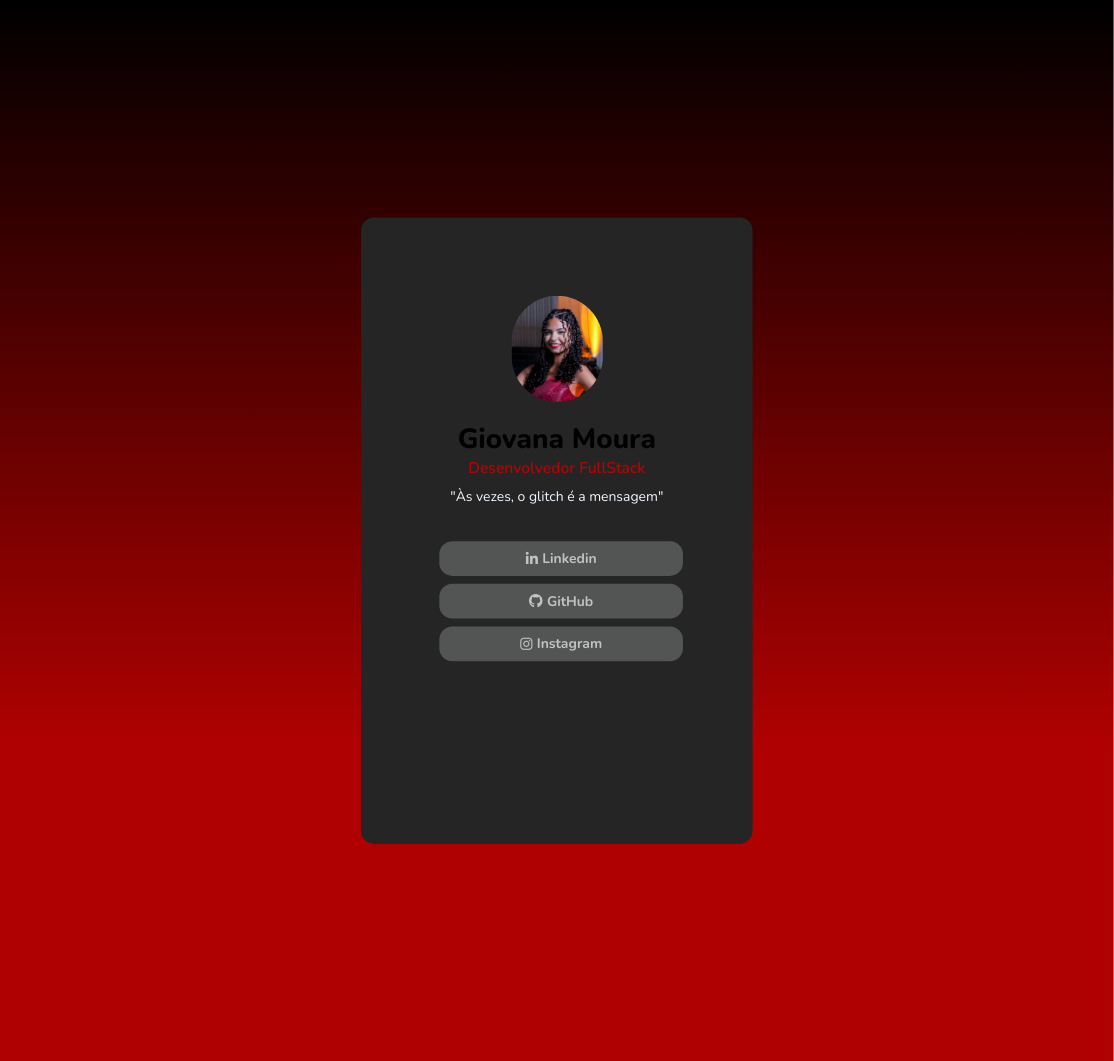
Repository: gimoli/linktree-giovana
Page: index.html
An editor plug-in stored every save of this project. The page is shown before and after a run of saves, followed by the edit.
The browser window is 1280 px wide. The pictures show the whole page, at 87% of full size.

Above is the page before, as saved 2025-04-14 19:57:41.

### index.html
<!DOCTYPE html>
<html lang="en">
<head>
    <meta charset="UTF-8">
    <meta name="viewport" content="width=device-width, initial-scale=1.0">
    <title>linktree Giovana</title>
    <link rel="stylesheet" href="./css/style.css">
    <link rel="preconnect" href="https://fonts.googleapis.com">
<link rel="preconnect" href="https://fonts.gstatic.com" crossorigin>
<link href="https://fonts.googleapis.com/css2?family=Nunito:ital,wght@0,200..1000;1,200..1000&display=swap" rel="stylesheet">
<link href="https://cdnjs.cloudflare.com/ajax/libs/font-awesome/6.5.0/css/all.min.css" rel="stylesheet">


</head>
<body>
    <div class="container-main">
        <div class="container-imagem">
            <img src="./image-profile.jfif" alt="foto perfil"/>
        </div>
        <div class="container-infos">
            <h1>Giovana Moura</h1>
            <h3>Desenvolvedor FullStack</h3>
        </div>
        <div class="container-easter-egg">
            <p>"Às vezes, o glitch é a mensagem"</p>
        </div>
        <div class="container-social">
            <ul>
                <a href="https://www.linkedin.com/in/giovana-moura-3543032bb/" target="_blank" class="botao-linktree-1">
                     <li>

                        <i class="fa-brands fa-linkedin-in"></i>

                         <p>Linkedin</p>
                    </li>
                </a>

                <a href="https://github.com/gimoli" target="_blank" class="botao-linktree-2">
                     <li>
                        <i class="fa-brands fa-github"></i>
                        <p>GitHub</p>
                    </li>
                </a>
                <a href="https://www.instagram.com/gimoli_n?igsh=cTNvNDJ0M3owb3Vs&utm_source=qr" target="_blank" class="botao-linktree-3">
                     <li>
                        <i class="fa-brands fa-instagram"></i>
                        <p>Instagram</p>
                    </li>
                </a>
            </ul>
        </div>
    </div>
</body>
</html>

### CSS/style.css
@import url("./effects.css");

*{
    font-family: "Nunito", sans-serif;
    margin: 0;
    padding: 0;
}

body {
    background-color: #833AB4;
    background: linear-gradient(0deg, rgb(175, 1, 1) 30%, rgb(0, 0, 0) 100%);
    animation: gradientShift 10s ease infinite;
    background-size: 400%;
}


.container-main {
    background-color: rgb(37, 37, 37);
    width: 450px;
    height: 720px;
    box-sizing: border-box;
    margin: 250px auto;
    padding: 90px;
    border-radius: 15px;
    text-align: center;
}

.container-imagem img{
    width: 105px;
    border-radius: 100px;
}

.container-infos {
    margin-top: 15px;
    margin-bottom: 10px;
}

.container-infos h1 {
    font-weight: 800;
}

.container-infos h3{
    color: #af0606;
    font-weight: 600;
    font-size: 18px;
}

.container-easter-egg {
    margin-bottom: 15px;
    color: aliceblue;
}

.container-social ul{
    list-style-type: none;
}

.container-social a{
    text-decoration: none;
    color: rgb(194, 194, 194);
}

.container-social{
  margin-top: 40px;
}

.container-social li {
  display: flex;
  justify-content: center;
  gap: 5px;
  align-items: center;
  width: 280px;
  height: 40px;
  background-color: rgb(83, 85, 85);
  margin: 9px 0;
  border-radius: 15px;
  font-weight: 700;
  transition-duration: 0.6s;

  &:hover{
    background-color: #c90c0c;
    transform: scale(1.1);
  }
}

### CSS/effects.css
@keyframes gradient {
    0% {background-position: 0% 50%;}
    50% {background-position: 100% 50%;}
    100% {background-position: 0% 50%;}
}

After the next 2 saves:
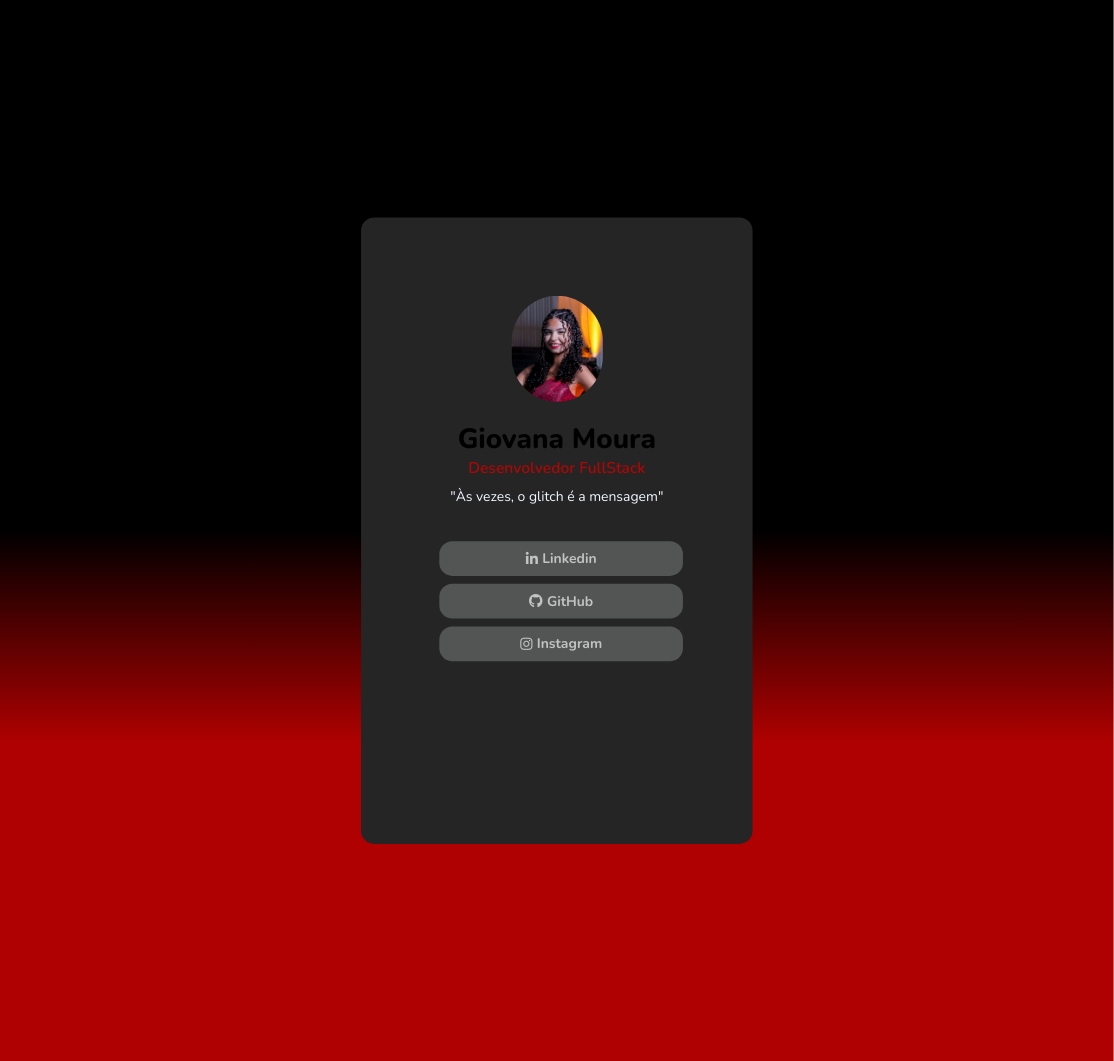
The 2 saves are shown as one change because they came seconds apart.
The last was saved 11 s later.
--- a/CSS/style.css
+++ b/CSS/style.css
@@ -8,7 +8,7 @@
 
 body {
     background-color: #833AB4;
-    background: linear-gradient(0deg, rgb(175, 1, 1) 30%, rgb(0, 0, 0) 100%);
+    background: linear-gradient(0deg, rgb(175, 1, 1) 30%, rgb(0, 0, 0) 50%);
     animation: gradientShift 10s ease infinite;
     background-size: 400%;
 }
